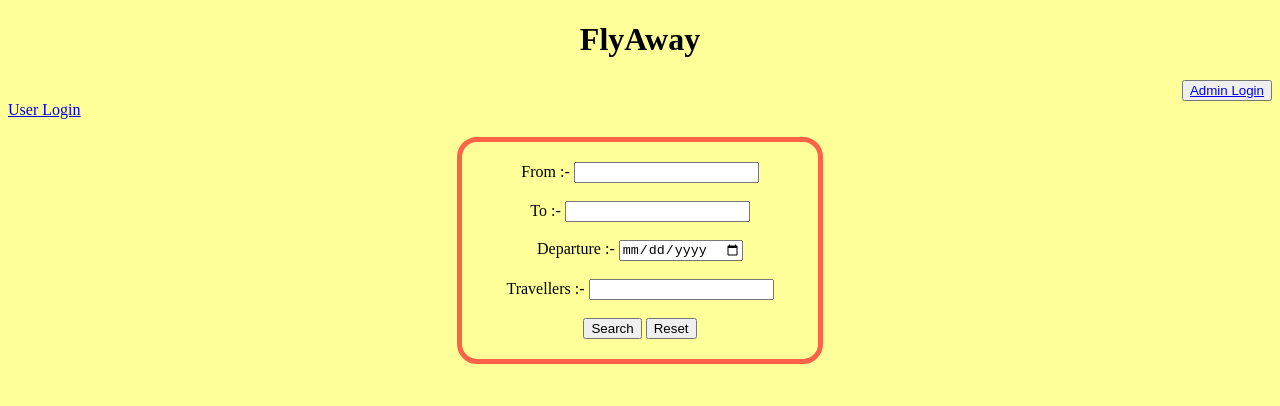
Repository: badrilogaram/Phase-two-project
Page: http://localhost/FlyAway-master/HomePage.jsp
These files come from the project's save history. The page is drawn as it stood at one moment and after a run of saves; the edit follows.
The browser window is 1280 px wide. The pictures show the whole page.
The page is served by Tomcat 9.

Above is the page before, as saved 2021-05-27 22:50:27.

After the next 2 saves:
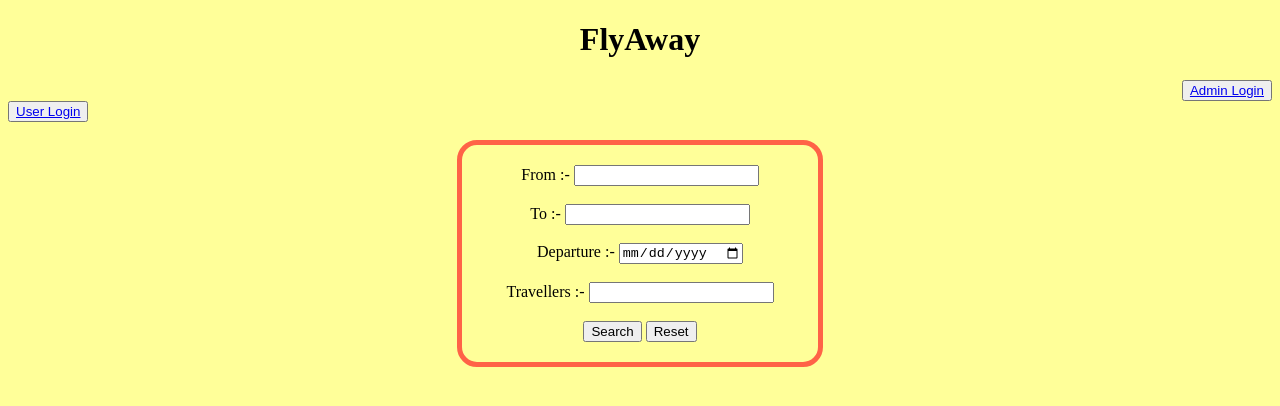
The 2 saves are shown as one change because they came seconds apart.
The last was saved 47 s later.
--- a/FlyAway-master/src/main/webapp/HomePage.jsp
+++ b/FlyAway-master/src/main/webapp/HomePage.jsp
@@ -11,7 +11,7 @@
 <h1><center>FlyAway</center></h1>
 
 <div align="right">
-<button><a href="AdminPage.jsp">Admin Login</a> </button>
+<button><a href="AdminPage.jsp">Admin Login</a></button>
 </div>
 
 <%
@@ -24,7 +24,7 @@
 <%
 	}else{
 %>
-<a href=UserPage.jsp>User Login</a>
+<button><a href=UserPage.jsp>User Login</a></button>
 <%
 	}
 %>
